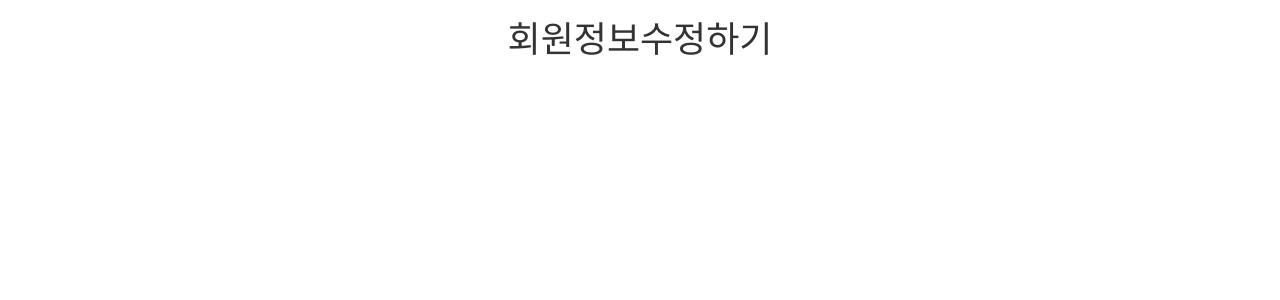
Repository: juhee1020/studying
Page: http://localhost/jsp02_database/jsp01_connect/jsp02_updateMember.jsp
These files come from the project's save history. The page is drawn as it stood at one moment and after the next save; the edit follows.
The browser window is 1280 px wide. The pictures show the whole page.
The page is served by Tomcat 9.

Above is the page before, as saved 2022-12-15 00:40:27.

After the next save:
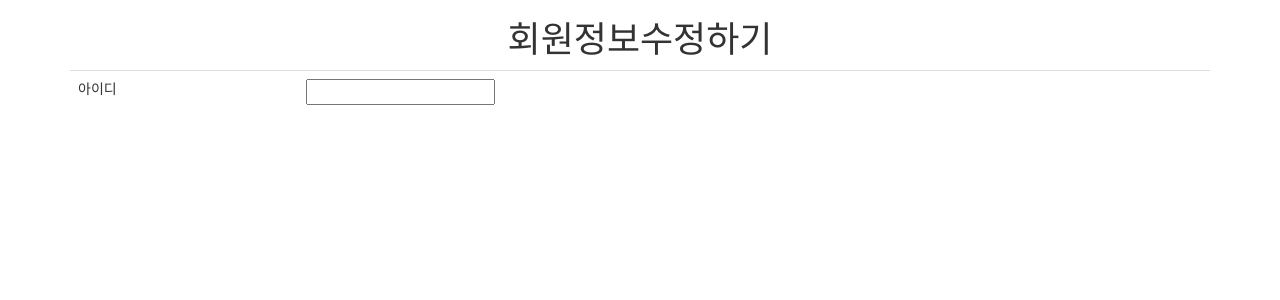
Saved 111 s later.
--- a/JSP/jsp02_database/WebContent/jsp01_connect/jsp02_updateMember.jsp
+++ b/JSP/jsp02_database/WebContent/jsp01_connect/jsp02_updateMember.jsp
@@ -14,6 +14,12 @@
 	<div class="container" align="center">
 		<h1>회원정보수정하기</h1>
 		<!-- id, password, name, email -->
+		<table class="table table-border table-dark table-hover">
+			<tr>
+				<td width="20%">아이디</td>
+				<td><input type="text" name="id"/></td><!-- name에 잇는게 request값으로 가는것? -->
+			</tr>
+		</table>
 
 	</div>
 </body>
